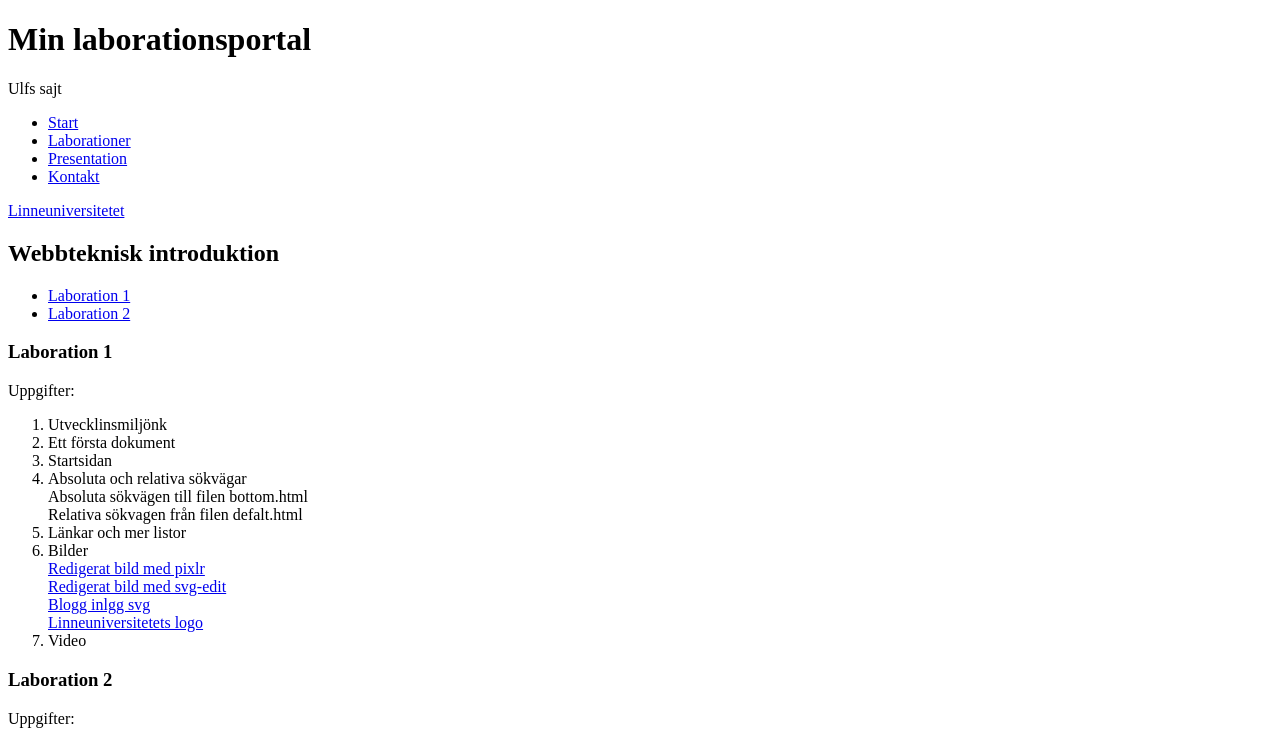
Repository: ulfek/laborationer
Page: pages/laborationer.html
The author's editor kept a record of every edit. The page is drawn from the files as they stood at one moment, then again after the next edit.
The browser window is 1280 px wide. The pictures show the whole page.

Above is the page before.

### pages/laborationer.html
<!doctype html>
    <head>
        <meta charset="utf-8" />
        <title>Laborationer</title>
    </head>
    <body>
        <h1>Min laborationsportal</h1>
        <p>Ulfs sajt</p>
        <ul>
            <li><a href="../index.html">Start</a></li>
            <li><a href="#">Laborationer</a></li>
            <li><a href="presentation.html">Presentation</a></li>
            <li><a href="kontakt.html">Kontakt</a></li>
        </ul>
        <a href="laborationer.html#linneuniversitetet">Linneuniversitetet</a>
        <h2>Webbteknisk introduktion</h2>
        <ul>
            <li><a href="#lab1">Laboration 1</a></li>
            <li><a href= "#lab2">Laboration 2</a></li>
        </ul>
        <h3 id="lab1">Laboration 1</h3>
        Uppgifter:
        <ol>
            <li>Utvecklinsmiljönk</li>
            <li>Ett första dokument</li>
            <li>Startsidan</li>
            <li>Absoluta och relativa sökvägar</li>
                <div>Absoluta sökvägen till filen bottom.html</div>
                <div>Relativa sökvagen från filen defalt.html</div>
            <li>Länkar och mer listor</li>
            <li>Bilder</li>
            <div><a href="http://pixlr.com>">Redigerat bild med pixlr</a></div>
            <div><a href="http://svg-edit.googlecode.com/svn/trunk/editor/svg-editor.html">Redigerat bild med svg-edit</a></div>
            <div><a href="../index.html#svg">Blogg inlgg svg</a></div>
            <a href="../pics/logo_linneuniversitetet_test.png">Linneuniversitetets logo</a>
            <li>Video</li>
        </ol>

        <h3 id="lab2">Laboration 2</h3>
        Uppgifter:
    </body>
</html>

After the next edit:
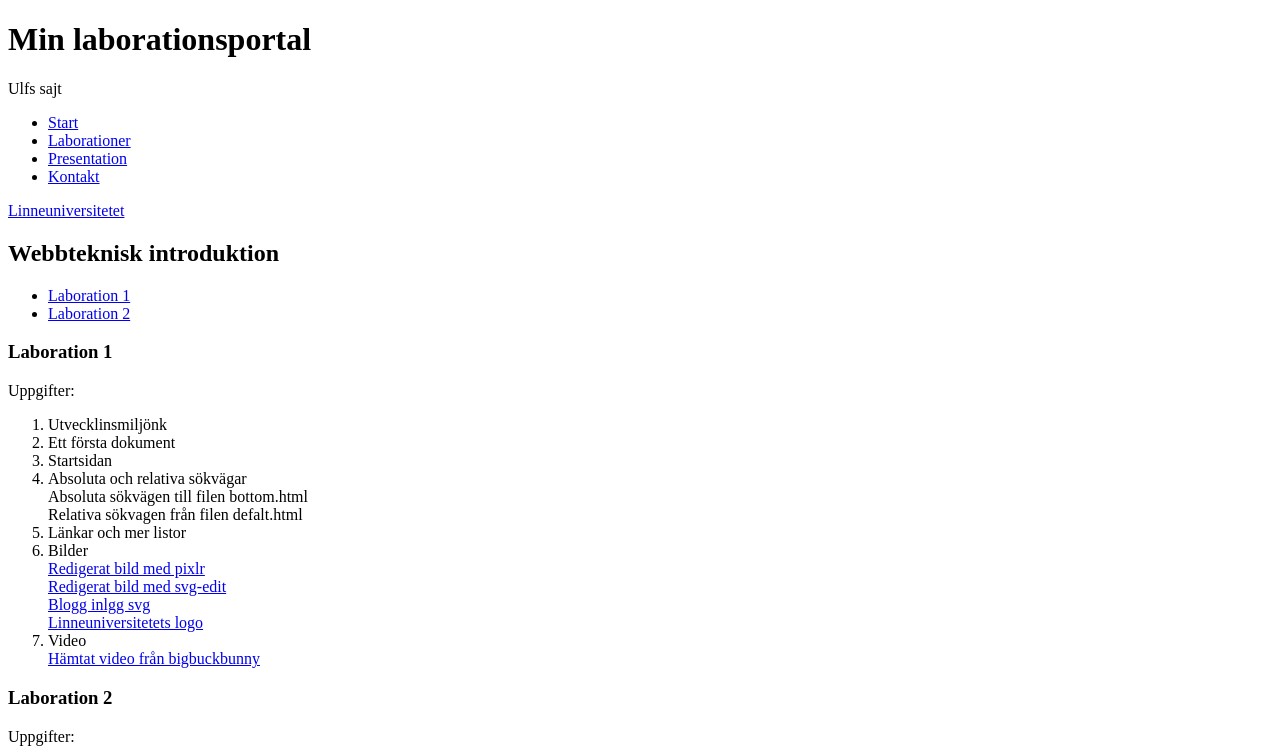
The edit:
--- a/pages/laborationer.html
+++ b/pages/laborationer.html
@@ -34,6 +34,8 @@
             <div><a href="../index.html#svg">Blogg inlgg svg</a></div>
             <a href="../pics/logo_linneuniversitetet_test.png">Linneuniversitetets logo</a>
             <li>Video</li>
+            <a href=" http://www.bigbuckbunny.org ">Hämtat video från bigbuckbunny</a>
+            <div><a =href=""></a></div>
         </ol>
 
         <h3 id="lab2">Laboration 2</h3>
